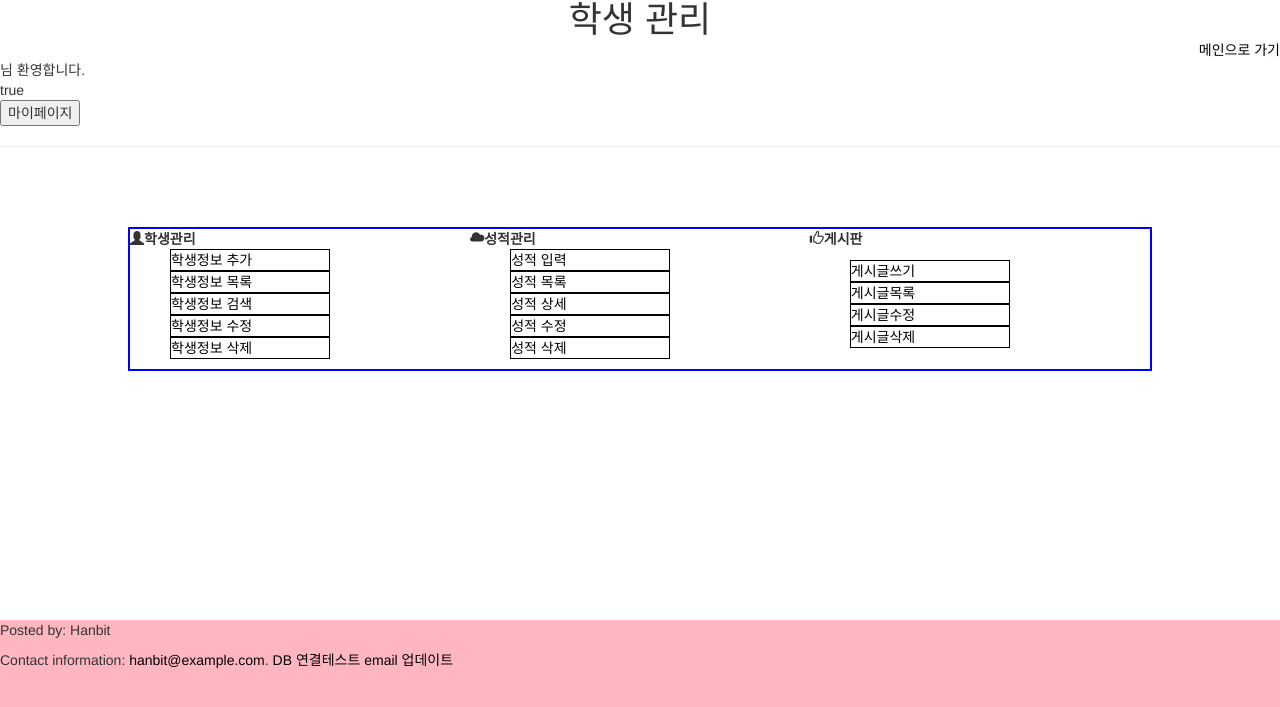
Repository: jeonghyunseok/GMSUI
Page: http://localhost/GMS2/WEB-INF/view/common/main.jsp
The author's editor kept a copy of each file at every save. The page is drawn from the files as they stood at one save, then again after the next save.
The browser window is 1280 px wide. The pictures show the whole page.
Some web libraries are served in a nearby version. The page is served by Tomcat 9. Nobody is signed in. Other server files are loaded and not shown. The template is opened directly, without the code that normally fills it, so the values that code supplies are empty.

Above is the page before, as saved 2017-08-10 07:39:36.

### GMS2/WebContent/WEB-INF/view/common/main.jsp
<%@ page language="java" contentType="text/html; charset=UTF-8" pageEncoding="UTF-8"%>

<jsp:include page="../member/member_head.jsp"></jsp:include>
<div> ${sessionScope.user.name}님 환영합니다.</div>
 ${10 eq 10}
		<div id="container">
	   <button class="gms-index-button" onclick="window.location.href='${ctx}/member/member_detail.jsp'">마이페이지</button>
	   <br />
	   <hr>
	   <table id="index-tab">
	      <tr id="main-bar">
	         <th><i class="glyphicon glyphicon-user"></i>학생관리</th>
	         <th><i class="glyphicon glyphicon-cloud"></i>성적관리</th>
	         <th><i class="glyphicon glyphicon-thumbs-up"></i>게시판</th>
	      </tr>
	      <tr class="main-list">
	         <td>
	        <ul class="index-ul">
            <li><a href="${ctx}/member.do?action=move&page=member_add">학생정보 추가</a></li>
            <li><a href="${ctx}/member.do?action=move&page=member_list">학생정보 목록</a></li>
            <li><a href="${ctx}/member.do?action=move&page=member_search">학생정보 검색</a></li>
            <li><a href="${ctx}/member.do?action=move&page=member_update">학생정보 수정</a></li>
            <li><a href="${ctx}/member.do?action=move&page=member_delete">학생정보 삭제</a></li>

            </ul>

	         </td>
	         <td>
	            <ul class="index-ul">
	               <li><a href="/grade/grade_add.jsp">성적 입력</a></li>
	               <li><a href="/grade/grade_list.jsp">성적 목록</a></li>
	               <li><a href="/grade/grade_detail.jsp">성적 상세</a></li>
	               <li><a href="/grade/grade_update.jsp">성적 수정</a></li>
	               <li><a href="/grade/grade_delete.jsp">성적 삭제</a></li>
	            </ul>
	         </td>
	         <td>
	            <ul class="index-ul">
	               <li><a href="/board/board_write.jsp">게시글쓰기</a></li>
	               <li><a href="/board/board_list.jsp">게시글목록</a></li>
	               <li><a href="/board/board_update.jsp">게시글수정</a></li>
	               <li><a href="/board/board_delete.jsp">게시글삭제</a></li>
	            </ul>
	         </td>
	      </tr>
	      <tr>
	         <td></td>
	         <td></td>
	         <td></td>
	      </tr>
	   </table>
	   </div>


<jsp:include page="footer.jsp"></jsp:include>

### GMS2/WebContent/WEB-INF/view/member/member_head.jsp
<%@ page language="java" contentType="text/html; charset=UTF-8" pageEncoding="UTF-8"%>


<!DOCTYPE html>
<html>
<head>
<meta charset="UTF-8" name="viewport"
	content="width=device-width, initial-scale=1.0">
<title>Student detail</title>
<link rel="stylesheet" href="${ctx}/resources/css/common.css" />
<link rel="stylesheet" href="${ctx}/resources/css/member.css" />
<link rel="stylesheet" href="https://maxcdn.bootstrapcdn.com/bootstrap/3.3.7/css/bootstrap.min.css">
</head>
<body>
	<div id="wrapper">
		<header>
			<h1 id="title">학생 관리 </h1>
		</header>
	<a id="go_main" href="/index.jsp">메인으로 가기</a><br />

### GMS2/WebContent/WEB-INF/view/common/footer.jsp
<%@ page language="java" contentType="text/html; charset=UTF-8" pageEncoding="UTF-8"%>
<!doctype html>
	<footer>
		<div>
				<p>Posted by: Hanbit</p>
				<p>
					Contact information: <a href="mailto:someone@example.com">
						hanbit@example.com</a>.
				<a href="../jdbctest.jsp">DB 연결테스트</a>
				<a href="../util/update_email.jsp">email 업데이트</a>
				</p>
	</div>
		</footer>
			</div>
					</body>
			</html>

### GMS2/WebContent/resources/css/common.css
@CHARSET "UTF-8";
html, body{height: 100%; margin: 0; padding: 0; border: 0;}
table{border-collapse:collapse;}
#wrapper{position: relative; min-height:100%;padding-bottom:100px;}
footer{position: absolute; bottom: 0; left: 0; width: 100%;  height: 100px;  background-color: lightpink;}
fotter div{width:80%;}
#go_main{float:right}
#container{width:100%; margin:0 auto; }
#text-cen{text-align: center}
#title{text-align:center; margin:0 auto;}
#text-cen{text-align:center;}
.gms-text-center{text-align:center;}
.gms-border-black{border: 1px solid black;}
.gms-width-30pro{width:30%;}
.gms-width-100pro{width:100%;}
.gms-text-deconone{text-decoration: none}
.gms-margine-auto{margin:0 auto}
.gms-list-none{list-style-type:none}
.gms-display-inline{display: inline-block;}
.gms-color-green{color:green}
.gms-backcolor-yellow{background-color:yellow}
.gms-color-blue{color:blue}
.gms-backcolor-red{background-color:#9afafa}
.gms-float-right{float:right}


/* unvisited link */
a:link { color: black;}
/* visited link */
a:visited {color: green;}
/* mouse over link */
a:hover {color: red;}
/* selected link */
a:active {color: blue;}

### GMS2/WebContent/resources/css/member.css
@CHARSET "UTF-8";
@IMPORT "common.css";
/*index.jsp*/
#index-tab{width:75%; margin:80px auto;width:80%;border:2px solid blue}
#index-tab-tr>td{border: 1px solid black; width:30%;padding:30px; text-align:center; text-decoration: none}
#index-tab-tr>th{border: 1px solid black; width:30%; text-align:center; text-decoration: none}
.index-ul{width: 200px;text-decoration: none;list-style-type:none}
.index-ul>li{border: 1px solid black;}
.index-ul>li>a{text-decoration: none; list-style-type:none}
#wrapper{width:100%;}
#index-h1{text-align:center; margin:0 auto;font-size:80px;}
/*login.jsp*/
#login_img{width: 200px;height: 200px; text-align:center;}
#login_id{font-size:20px;width:108px;display: inline-block;}
#login_pass{font-size:20px;display: inline-block;}
#login_botton{width: 150px; background-color:yellow;}
#cancel_botton{width: 150px; background-color:red;}
/*join.jsp*/
#join_id{font-size:20px;width:108px;display: inline-block;}
#join_pass{font-size:20px;display: inline-block;}
#join_name{font-size:20px;width:108px;display: inline-block;}
#join_birth{font-size:15px;width:60px;display: inline-block;}
#join_yes_btn{width:140px ; background-color:green;margin:0 auto;}
#join_no_btn{width:140px ; background-color:red;margin:0 auto;}
#join_form{margin:0 auto;}
/*login_list.jsp*/
#member_list_tab {width:60%;margin:0 auto;}
#member_list_tab th{border-bottom:2px solid black;height:40px;text-align:center;background-color:yellow;}
#member_list_tab td{border-bottom:2px solid black;height:40px;text-align:center;}
/*member_search*/
#member_search_box{width:300px;margin:0 auto;}
/*member_detail*/
#member_detail_tab {width: 60%;margin:0 auto;}
#member_detail_tab tr{border:2px solid black;height:40px;text-align:center;}
#member_detail_tab td{border:2px solid black;height:40px;text-align:center;}

### GMS2/WebContent/WEB-INF/view/common/common_head.jsp
<%@ page language="java" contentType="text/html; charset=UTF-8" pageEncoding="UTF-8"%>

<!DOCTYPE html>
<html>
<head>
<meta charset="UTF-8" name="viewport"
	content="width=device-width, initial-scale=1.0">
<title>Student detail</title>
<link rel="stylesheet" href="${ctx}/resources/css/common.css" />
<link rel="stylesheet" href="${ctx}/resources/css/member.css" />
 <link rel="stylesheet" href="https://maxcdn.bootstrapcdn.com/bootstrap/3.3.7/css/bootstrap.min.css">
 <script src="https://ajax.googleapis.com/ajax/libs/jquery/3.2.0/jquery.min.js"></script>
 <script src="https://maxcdn.bootstrapcdn.com/bootstrap/3.3.7/js/bootstrap.min.js"></script>
</head>
<body>
	<div id="wrapper">
		<header>
	<jsp:include page="navbar.jsp"></jsp:include>

		</header>
	<a id="go_main" href="/index.jsp">메인으로 가기</a><br />

### GMS2/WebContent/WEB-INF/view/common/navbar.jsp
<%@ page language="java" contentType="text/html; charset=UTF-8" pageEncoding="UTF-8"%>
<nav class="navbar navbar-inverse">
  <div class="container-fluid">
    <div class="navbar-header">
      <a class="navbar-brand" href="#">WebSiteName</a>
    </div>
  	  <ul class="nav navbar-nav">
      <li class="active"><a href="#"><span class="glyphicon glyphicon-piggy-bank"></span> &nbsp; Home</a></li>
      <li><a href="#">학생관리</a></li>
      <li><a href="#">성적관리</a></li>
      <li><a href="#">게시판관리</a></li>
   	 </ul>
	<span> ${sessionScope.user.name} &nbsp; <a href="">로그아웃</a></span>
	 </div>
</nav>

After the next save:
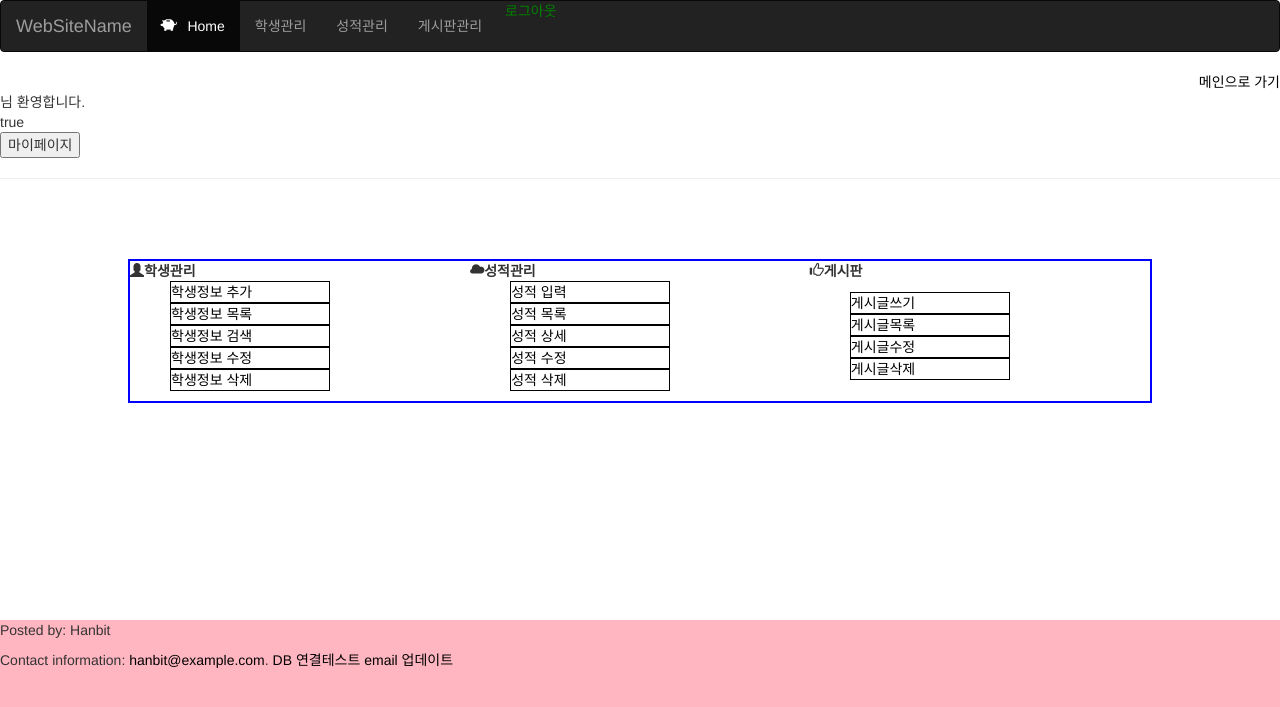
Saved 55 s later.
--- a/GMS2/WebContent/WEB-INF/view/common/main.jsp
+++ b/GMS2/WebContent/WEB-INF/view/common/main.jsp
@@ -1,6 +1,6 @@
 <%@ page language="java" contentType="text/html; charset=UTF-8" pageEncoding="UTF-8"%>
 
-<jsp:include page="../member/member_head.jsp"></jsp:include>
+<jsp:include page="common_head.jsp"></jsp:include>
 <div> ${sessionScope.user.name}님 환영합니다.</div>
  ${10 eq 10}
 		<div id="container">
